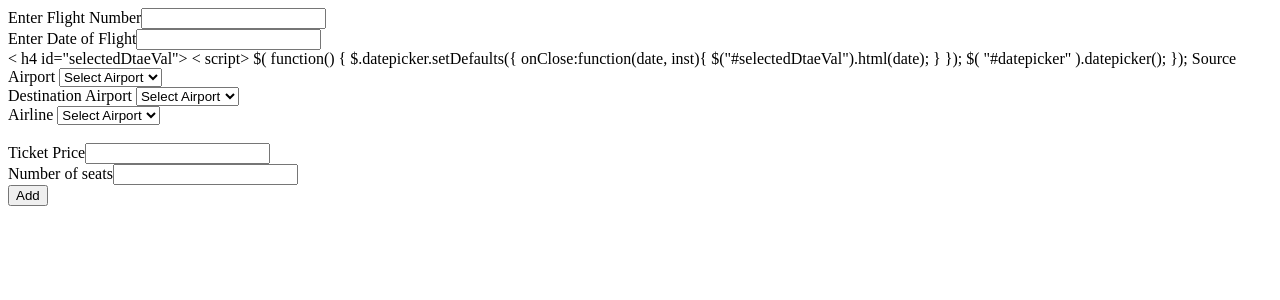
Repository: gotoharjeet/FlyAirline
Page: http://localhost/FlyAirline/addflight.jsp
An editor plug-in stored every save of this project. The page is shown before and after the next save, followed by the edit.
The browser window is 1280 px wide. The pictures show the whole page.
The page is served by Tomcat 9. Queries for data that is not in the repository find no rows.

Above is the page before, as saved 2022-08-15 15:33:44.

After the next save:
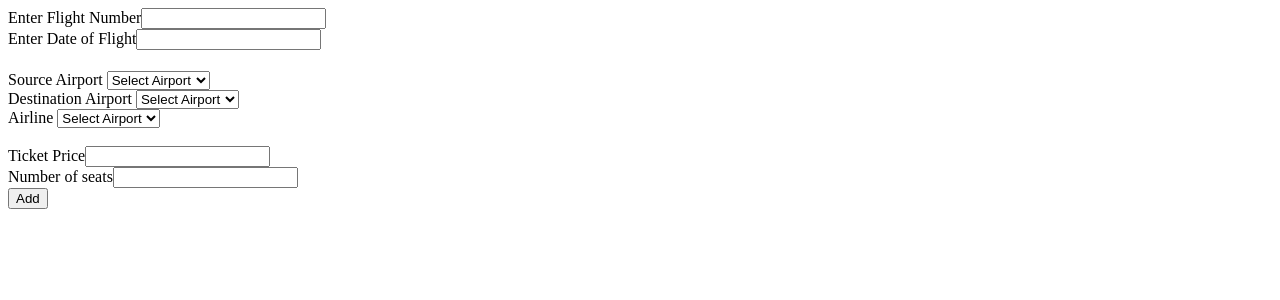
Console error: ReferenceError: $ is not defined
Saved 11 min 27 s later.
--- a/FlyAirline/src/main/webapp/addflight.jsp
+++ b/FlyAirline/src/main/webapp/addflight.jsp
@@ -13,18 +13,19 @@
 
   Enter Flight Number<input type="text" name="flightNumber"><br/>
   Enter Date of Flight<input type="datetime" name="dto_flight" id="datepicker"><br/>
-  < h4 id="selectedDtaeVal"></h4>
-< script>
-$( function() {
-    $.datepicker.setDefaults({
-        onClose:function(date, inst){
-            $("#selectedDtaeVal").html(date);
-        }
-    });
 
-    $( "#datepicker" ).datepicker();
-});
-</script>
+  <h4 id="selectedDtaeVal"></h4>
+	<script>
+	$( function() {
+	    $.datepicker.setDefaults({
+	        onClose:function(date, inst){
+	            $("#selectedDtaeVal").html(date);
+	        }
+	    });
+
+	    $( "#datepicker" ).datepicker();
+	});
+	</script>
 
    <label>Source Airport</label>
    	<select name="dep_airportCode">
